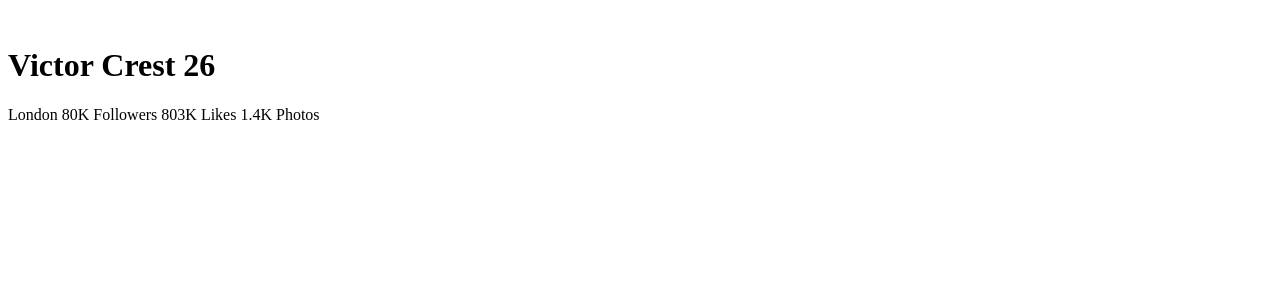
Repository: shayanabedi98/profile-card-component
Page: index.html
These files come from the project's save history. The page is drawn as it stood at one moment and after the next save; the edit follows.
The browser window is 1280 px wide. The pictures show the whole page.

Above is the page before, as saved 2023-09-27 11:46:07.

After the next save:
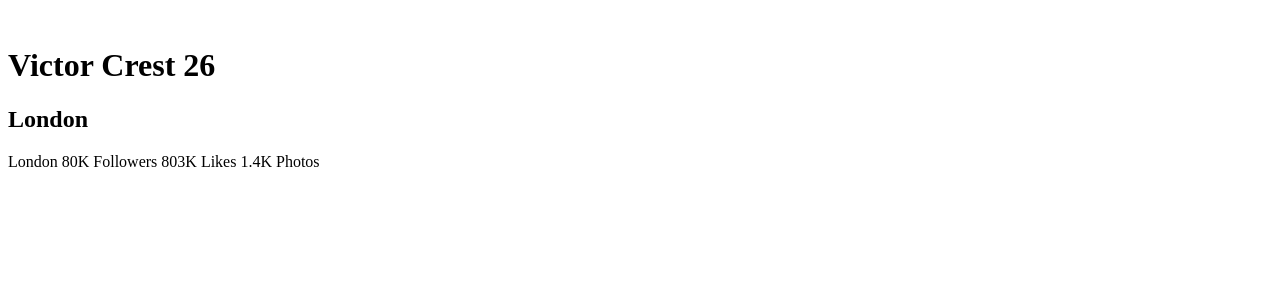
Saved 15 s later.
--- a/index.html
+++ b/index.html
@@ -16,6 +16,7 @@
       <div class="profile">
         <img src="" alt="">
         <h1>Victor Crest <span>26</span></h1>
+        <h2>London</h2>
       </div>
     </div>
   </div>
